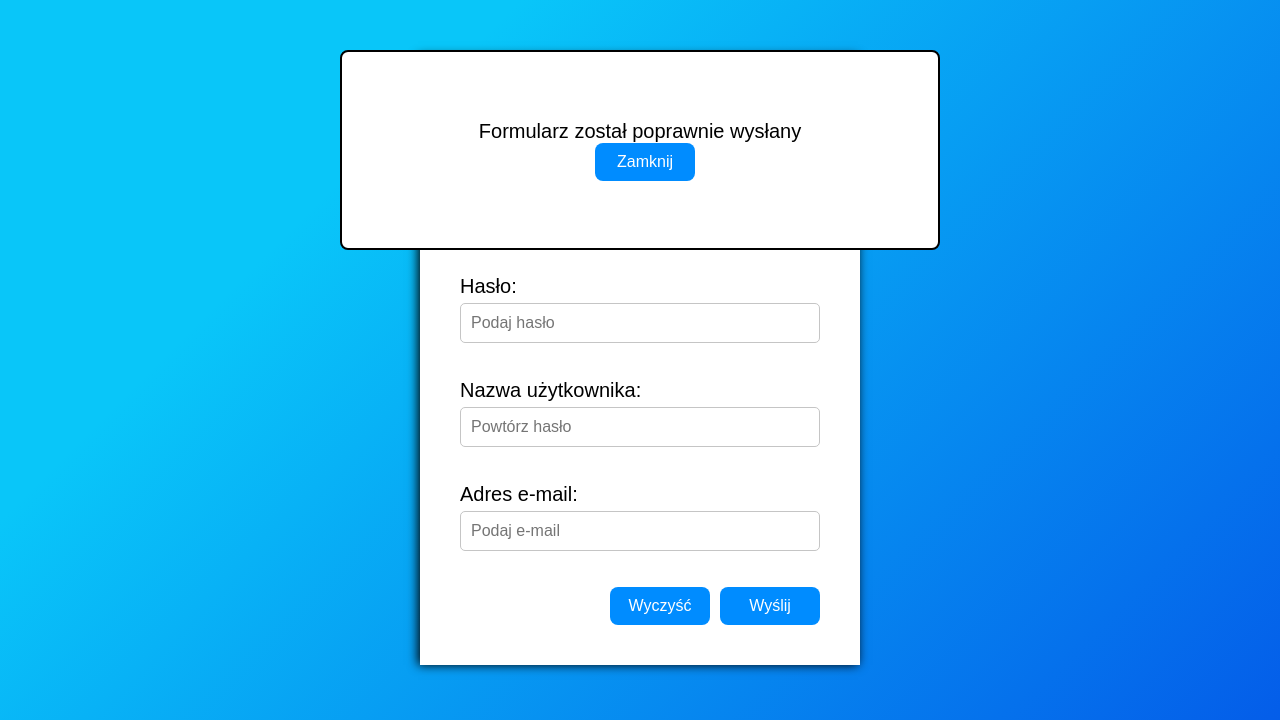
Repository: KrzysKolo/Projekt-3_Formularz-rejestracyjny
Page: index.html
An editor plug-in stored every save of this project. The page is shown before and after the next save, followed by the edit.
The browser window is 1280 px wide. The pictures show the whole page.
Some web fonts or font styles are not loaded; a fallback is used.

Above is the page before, as saved 2020-07-04 03:46:58.

After the next save:
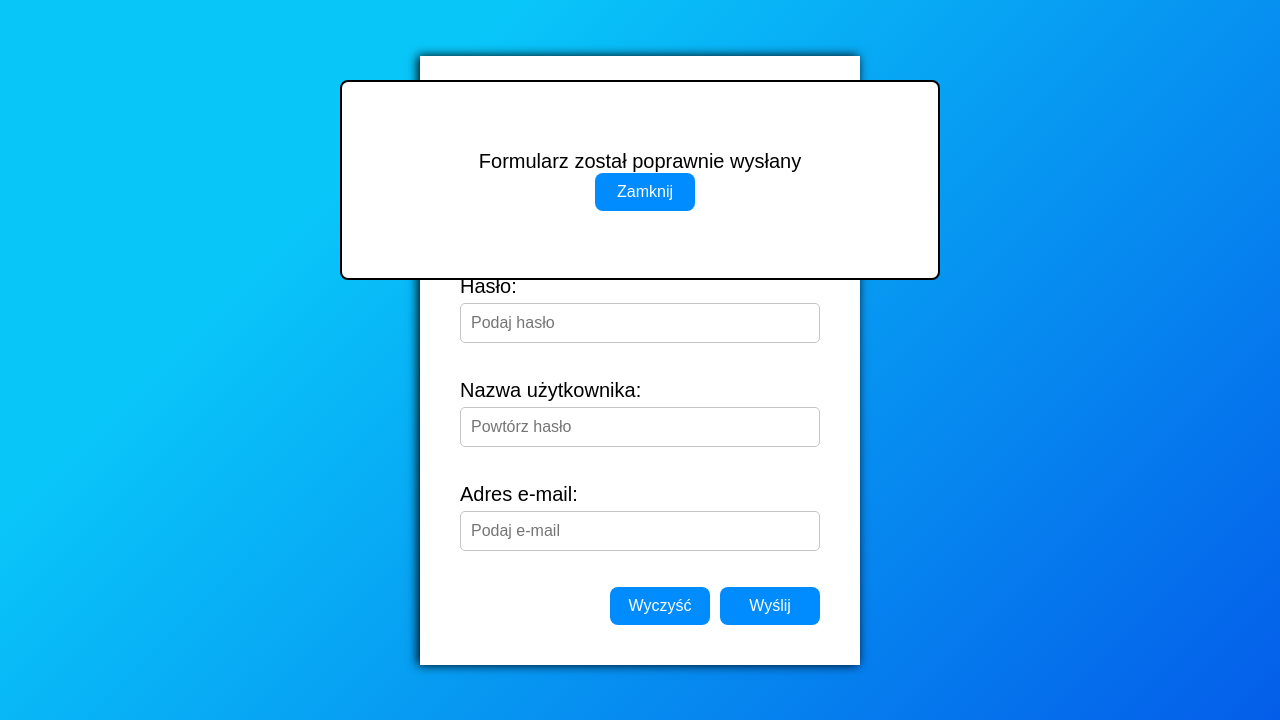
Saved 13 s later.
--- a/css/style.css
+++ b/css/style.css
@@ -83,7 +83,7 @@ h1 {
   align-items: center;
   flex-direction: column;
   position: absolute;
-  top: 150px;
+  top: 180px;
   left: 50%;
   transform: translate(-50%, -50%);
   width: 600px;
